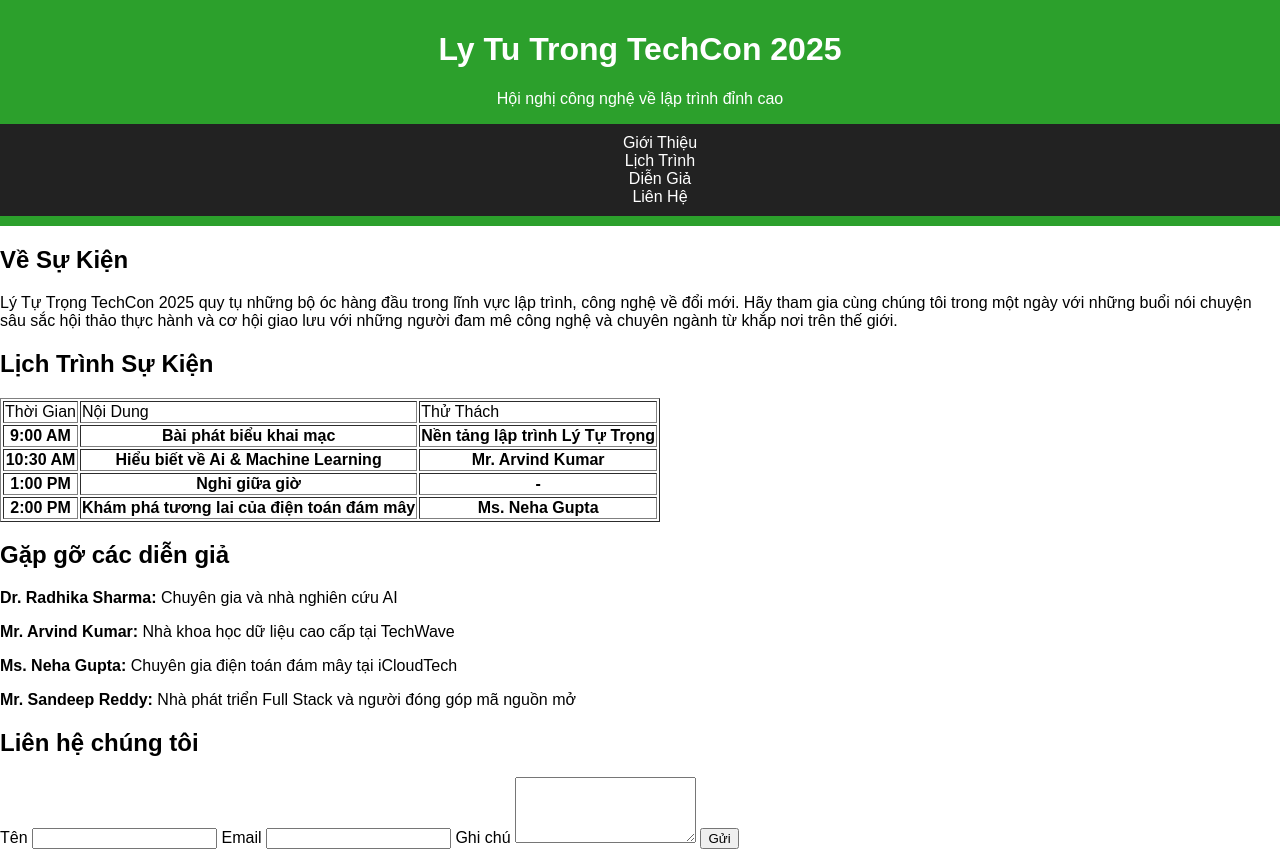
Repository: NhatMinh121/BaiTapVeNha1
Page: index.html
The author's editor kept a copy of each file at every save. The page is drawn from the files as they stood at one save, then again after the next save.
The browser window is 1280 px wide. The pictures show the whole page.

Above is the page before, as saved 2025-03-28 22:47:48.

After the next save:
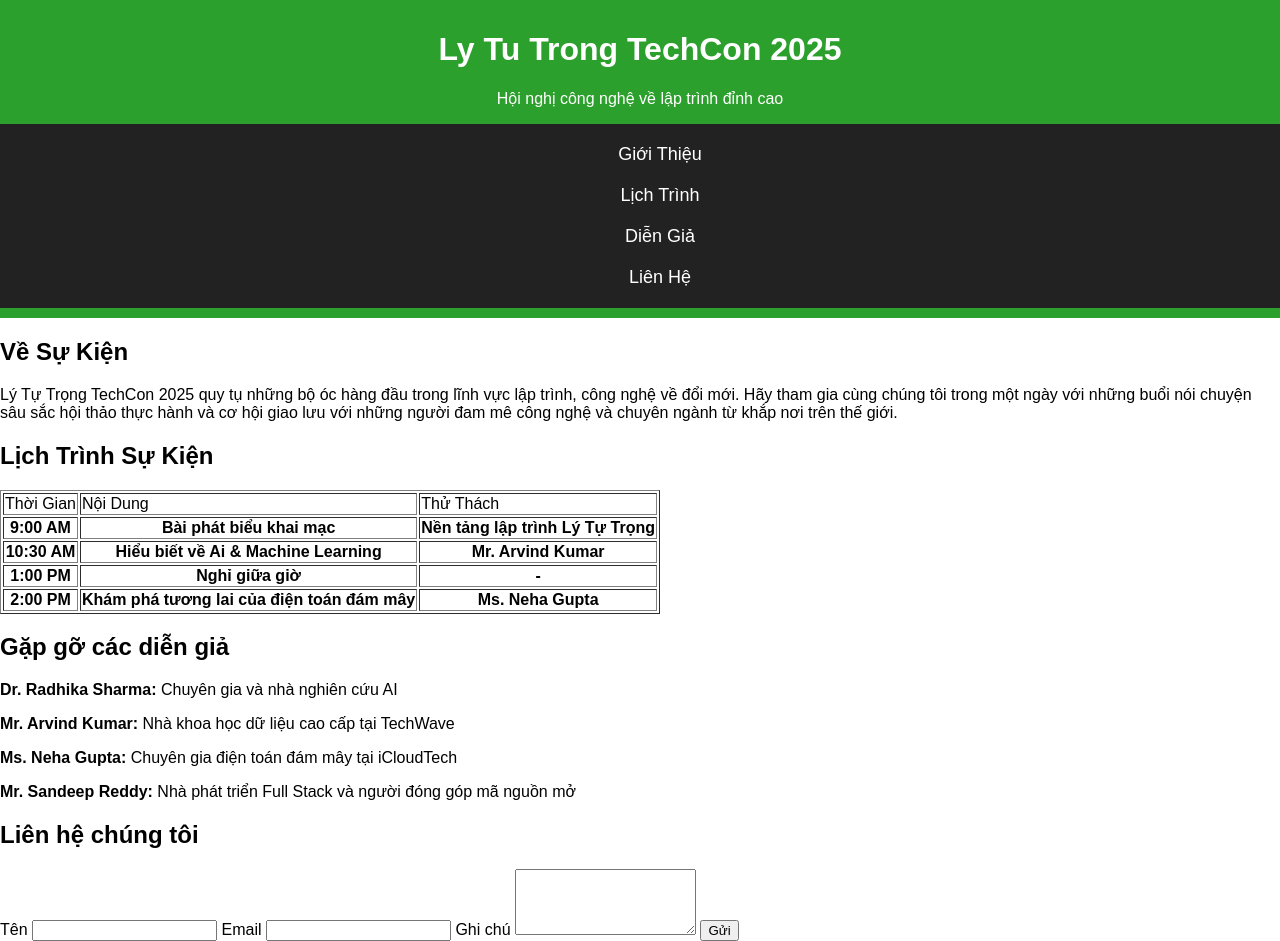
Saved 17 s later.
--- a/style.css
+++ b/style.css
@@ -23,3 +23,11 @@ header {
     display: inline-block;
     margin: 0 15px;
 }
+
+.menu ul li {
+    color: white;
+    font-size: 18px;
+    cursor: pointer;
+    padding: 10px 15px;
+    transition: background 0.3s;
+}
